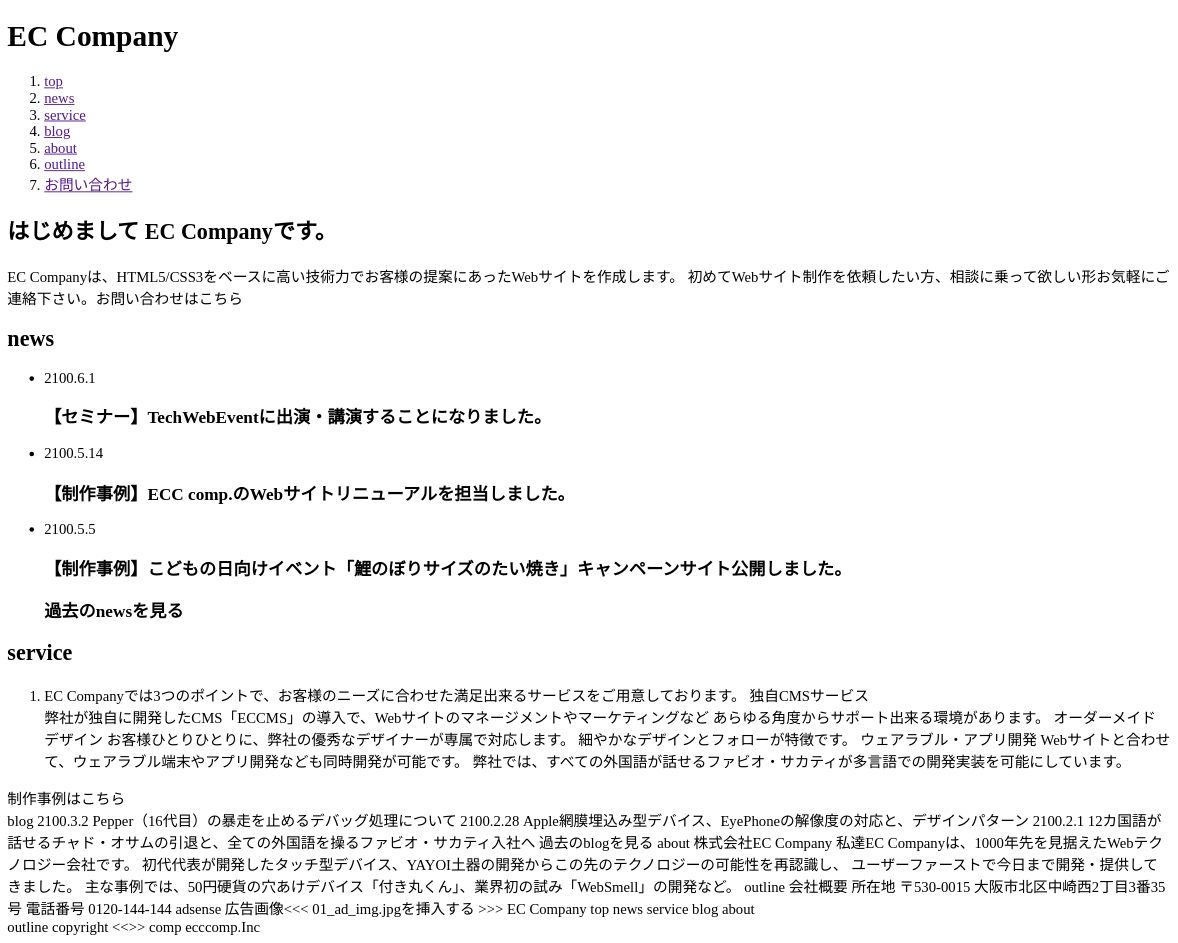
Repository: hsn320/html-practice
Page: html2/work01/work01.html
These files come from the project's save history. The page is drawn as it stood at one moment and after the next save; the edit follows.
The browser window is 1280 px wide. The pictures show the whole page, at 92% of full size.

Above is the page before, as saved 2025-10-01 22:49:59.

### html2/work01/work01.html
<!DOCTYPE html>
<html lang="en">
<head>
    <meta charset="UTF-8">
    <meta name="viewport" content="width=device-width, initial-scale=1.0">
    <title>EC Company</title>
</head>
<body>
    <header>
        <h1>EC Company</h1>
        <nav>
            <ol>
                <li><a href="">top</a></li>
                <li><a href="">news</a></li>
                <li><a href="">service</a></li>
                <li><a href="">blog</a></li>
                <li><a href="">about</a></li>
                <li><a href="">outline</a></li>
                <li><a href="">お問い合わせ</a></li>
            </ol>
        </nav>
    </header>
    <main>
    <section>
        <h2>はじめまして EC Companyです。</h2>
        <p>
            EC Companyは、HTML5/CSS3をベースに高い技術力でお客様の提案にあったWebサイトを作成します。
            初めてWebサイト制作を依頼したい方、相談に乗って欲しい形お気軽にご連絡下さい。お問い合わせはこちら
        </p>
    </section>
    <section>
        <h2>news</h2>
        <ul>
            <li>
                <article>
                    <time datetime="2100.6.1">2100.6.1</time>
                    <h3>【セミナー】TechWebEventに出演・講演することになりました。</h3>
                </article>
            </li>
            <li>
                <article>
                    <time datetime="2100.5.14">2100.5.14</time>
                    <h3>【制作事例】ECC comp.のWebサイトリニューアルを担当しました。</h3>
                </article>
            </li>
            <li>
                <article>
                    <time datetime="2100.5.5">2100.5.5</time>
                    <h3>【制作事例】こどもの日向けイベント「鯉のぼりサイズのたい焼き」キャンペーンサイト公開しました。</h3>
                </article>
            </li>
            <h3>過去のnewsを見る</h3>
        </ul>
    </section>
    <section>
        <h2>service</h2>
        <ol>
            <li>
                EC Companyでは3つのポイントで、お客様のニーズに合わせた満足出来るサービスをご用意しております。
                独自CMSサービス
            </li>

            弊社が独自に開発したCMS「ECCMS」の導入で、Webサイトのマネージメントやマーケティングなど あらゆる角度からサポート出来る環境があります。
            オーダーメイドデザイン

            お客様ひとりひとりに、弊社の優秀なデザイナーが専属で対応します。 細やかなデザインとフォローが特徴です。
            ウェアラブル・アプリ開発

            Webサイトと合わせて、ウェアラブル端末やアプリ開発なども同時開発が可能です。 弊社では、すべての外国語が話せるファビオ・サカティが多言語での開発実装を可能にしています。

        </ol>
        制作事例はこちら
    </section>


    blog
    2100.3.2
    Pepper（16代目）の暴走を止めるデバッグ処理について
    2100.2.28
    Apple網膜埋込み型デバイス、EyePhoneの解像度の対応と、デザインパターン
    2100.2.1
    12カ国語が話せるチャド・オサムの引退と、全ての外国語を操るファビオ・サカティ入社へ

    過去のblogを見る

    about
    株式会社EC Company

    私達EC Companyは、1000年先を見据えたWebテクノロジー会社です。 初代代表が開発したタッチ型デバイス、YAYOI土器の開発からこの先のテクノロジーの可能性を再認識し、 ユーザーファーストで今日まで開発・提供してきました。 主な事例では、50円硬貨の穴あけデバイス「付き丸くん」、業界初の試み「WebSmell」の開発など。

    outline
    会社概要
    所在地
    〒530-0015 大阪市北区中崎西2丁目3番35号
    電話番号
    0120-144-144

    adsense
    広告画像<<< 01_ad_img.jpgを挿入する >>>

    EC Company
    top
    news
    service
    blog
    about
    </main>
outline

copyright <<<copyrightマークに差し替え>>> comp ecccomp.Inc
</body>
</html>

After the next save:
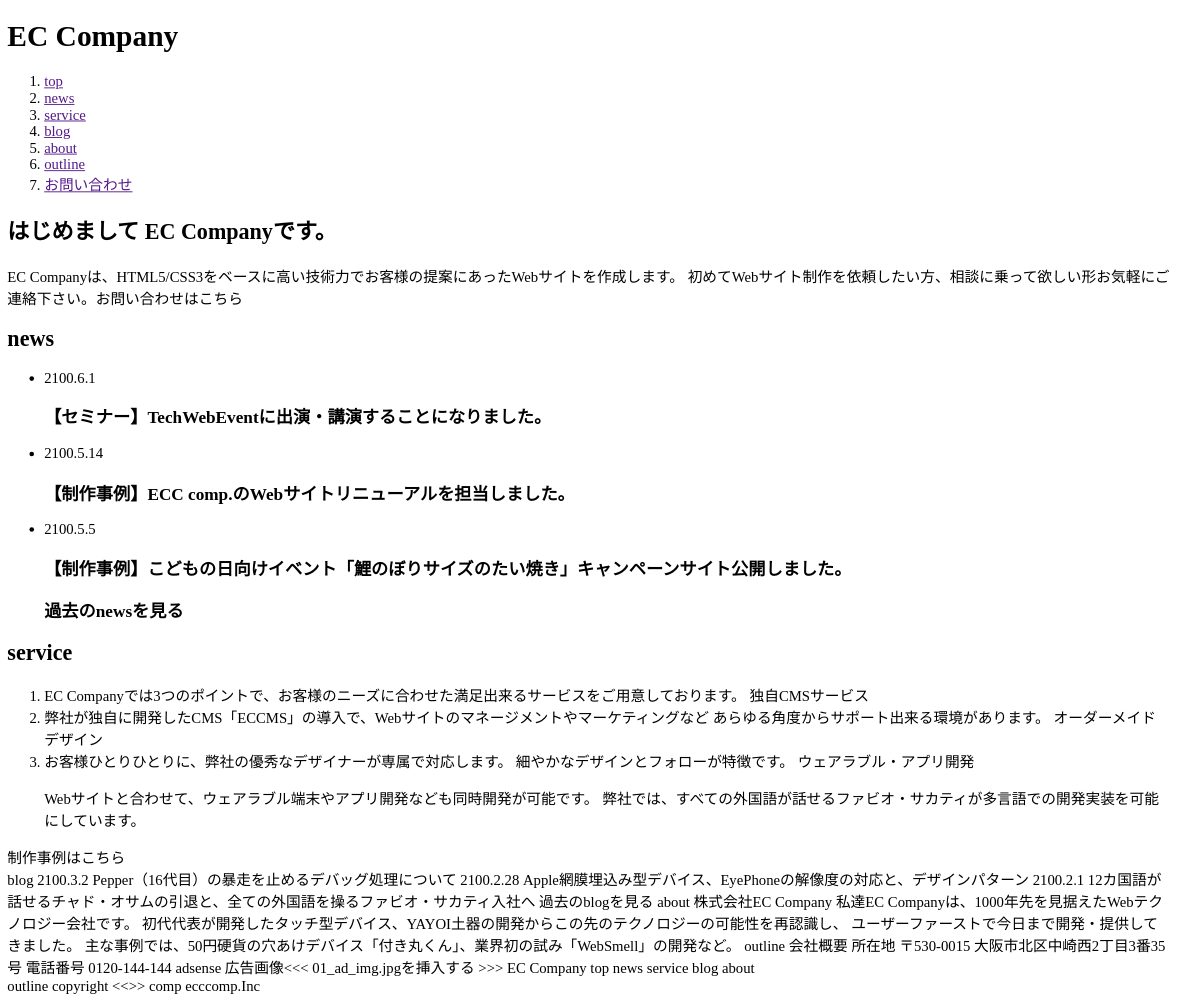
Saved 52 s later.
--- a/html2/work01/work01.html
+++ b/html2/work01/work01.html
@@ -59,14 +59,17 @@
                 EC Companyでは3つのポイントで、お客様のニーズに合わせた満足出来るサービスをご用意しております。
                 独自CMSサービス
             </li>
+            <li>
+                弊社が独自に開発したCMS「ECCMS」の導入で、Webサイトのマネージメントやマーケティングなど あらゆる角度からサポート出来る環境があります。
+                オーダーメイドデザイン
+            </li>
+            <li>
+                お客様ひとりひとりに、弊社の優秀なデザイナーが専属で対応します。 細やかなデザインとフォローが特徴です。
+                ウェアラブル・アプリ開発
+            </li>
 
-            弊社が独自に開発したCMS「ECCMS」の導入で、Webサイトのマネージメントやマーケティングなど あらゆる角度からサポート出来る環境があります。
-            オーダーメイドデザイン
-
-            お客様ひとりひとりに、弊社の優秀なデザイナーが専属で対応します。 細やかなデザインとフォローが特徴です。
-            ウェアラブル・アプリ開発
-
-            Webサイトと合わせて、ウェアラブル端末やアプリ開発なども同時開発が可能です。 弊社では、すべての外国語が話せるファビオ・サカティが多言語での開発実装を可能にしています。
+            <p>Webサイトと合わせて、ウェアラブル端末やアプリ開発なども同時開発が可能です。
+                弊社では、すべての外国語が話せるファビオ・サカティが多言語での開発実装を可能にしています。</p>
 
         </ol>
         制作事例はこちら
